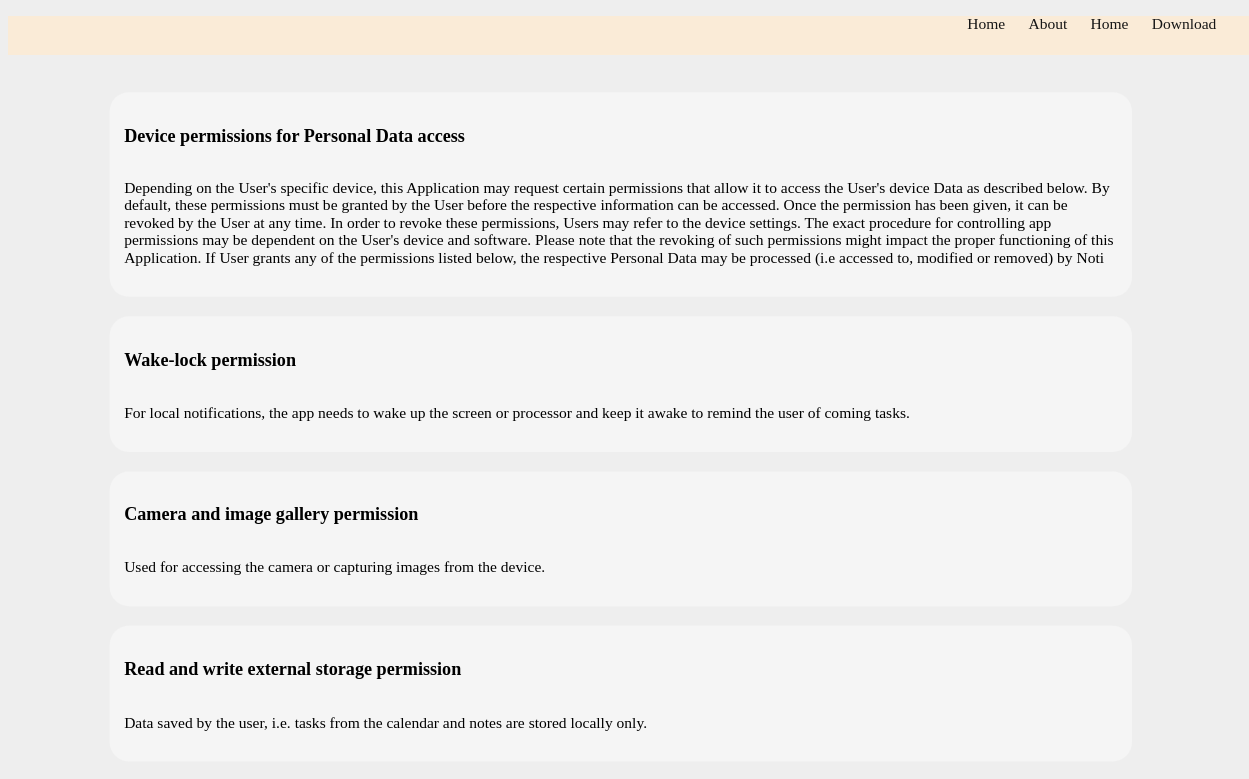
Repository: RafalSiuta/notiweb
Page: policy.html
These files come from the project's save history. The page is drawn as it stood at one moment and after the next save; the edit follows.
The browser window is 1280 px wide. The page is 1288 px wide, so the pictures cover 1288 px, including what lies to the right of the window. The pictures show the whole page, at 97% of full size.

Above is the page before, as saved 2024-12-15 01:54:04.

### policy.html
<!DOCTYPE html>
<!--[if lt IE 7]>      <html class="no-js lt-ie9 lt-ie8 lt-ie7"> <![endif]-->
<!--[if IE 7]>         <html class="no-js lt-ie9 lt-ie8"> <![endif]-->
<!--[if IE 8]>         <html class="no-js lt-ie9"> <![endif]-->
<!--[if gt IE 8]>      <html class="no-js"> <!--<![endif]-->
<html>
    <head>
        <meta charset="utf-8">
        <meta http-equiv="X-UA-Compatible" content="IE=edge">
        <title>Noti privacy policy</title>
        <meta name="Noti mobile app privacy policy" content="">
        <meta name="viewport" content="width=device-width, initial-scale=1">
        <link rel="stylesheet" href="/styles/styles.css">
    </head>
    <body>
        <nav>
            <ul>
                <li><a href="index.html">Home</a></li>
                <li><a href="index.html">About</a></li>
                <li><a href="index.html">Home</a></li>
                <li><a href="index.html">Download</a></li>
            </ul>
        </nav>
        <header>
            <h1>Privacy policy</h1>
        </header>
        <div class="main">
            <div class="item">
                <h3>Device permissions for Personal Data access</h3>
                <p>Depending on the User's specific device, this Application may request certain permissions that allow it to access the
                    User's device Data as described below.
                    By default, these permissions must be granted by the User before the respective information can be accessed. Once
                    the
                    permission has been given, it can be revoked by the User at any time. In order to revoke these permissions, Users
                    may
                    refer to the device settings.
                    The exact procedure for controlling app permissions may be dependent on the User's device and software.
                    Please note that the revoking of such permissions might impact the proper functioning of this Application.
                    If User grants any of the permissions listed below, the respective Personal Data may be processed (i.e accessed to,
                    modified or removed) by Noti</p>
            </div>
            <div class="item">
                <h3>Wake-lock permission</h3>
                <p>For local notifications, the app needs to wake up the screen or processor and keep it awake to remind the user of coming
                tasks.</p>
            </div>
            <div class="item">
                <h3>Camera and image gallery permission</h3>
                <p>Used for accessing the camera or capturing images from the device.</p>
            </div>
            <div class="item">
                <h3>Read and write external storage permission</h3>
                <p>Data saved by the user, i.e. tasks from the calendar and notes are stored locally only.</p>
            </div>
        </div>


        <script src="" async defer></script>
    </body>
</html>

### styles/styles.css
@font-face {
    font-family: "Exo-medium";
    src:url("fonts/Exo2-Medium.ttf") format("ttf");
    font-family: "Exo-black";
    src: url("fonts/Exo2-Black.ttf") format("ttf");

}
body {
    background-color: #EEEEEE;

}

nav ul{
    width: 95vw;
    height: 40px;
    top: 0;
    padding-right:50px;
    background-color: antiquewhite;
    position: fixed;
    text-align: right;
}

li{
    display: inline;
    margin: 10px;
}
a {
    color: #161616;
    font-size: 1em;
    text-decoration: none;
    font-family: "Exo-medium";
    z-index: 2;
}
.main{
    display: flex;
    flex-direction: column;
    align-items: center;

}

h1{
    font-family: "Exo-black";
    font-size: 1.2em;
    color: #161616;
}

section{
    width: 100vw;
    height: 100vh;
    display: flex;
    justify-content: center;
    align-items: center;
}
footer{
    bottom: 0;
    height: 50px;
    width: 100vw;
    background-color: aqua;
    position: fixed;
    text-align: center;
}
.policy-link{
    font-family: "Exo-medium";
    font-size: 1em;
    color: #161616;
    padding: 5px;
}
.item {
    display: flex;
    flex-direction: column;
    width: 80vw;
    text-align: left;
    margin: 10px auto;
    background-color: #f5f5f5;
    padding: 15px;
    border-radius: 20px;
}
header{
    width: 100vw;
    height: 10vh;
    text-align: left;

}

After the next save:
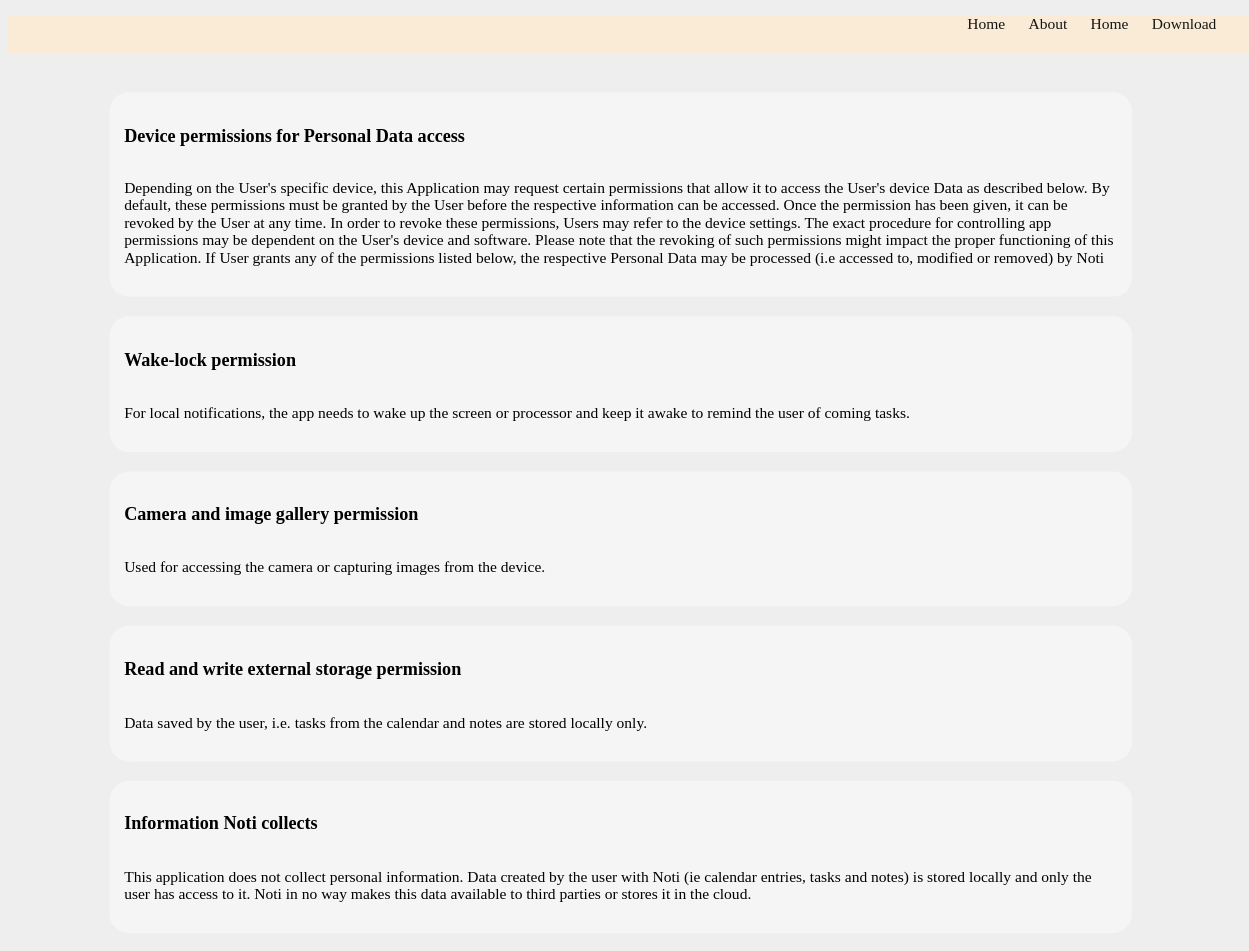
Saved 61 s later.
--- a/policy.html
+++ b/policy.html
@@ -52,6 +52,13 @@
                 <h3>Read and write external storage permission</h3>
                 <p>Data saved by the user, i.e. tasks from the calendar and notes are stored locally only.</p>
             </div>
+            <div class="item">
+                <h3>Information Noti collects</h3>
+                <p>This application does not collect personal information. Data created by the user with Noti (ie calendar entries,
+                tasks
+                and notes) is stored locally and only the user has access to it. Noti in no way makes this data available to third
+                parties or stores it in the cloud.</p>
+            </div>
         </div>
 
 
